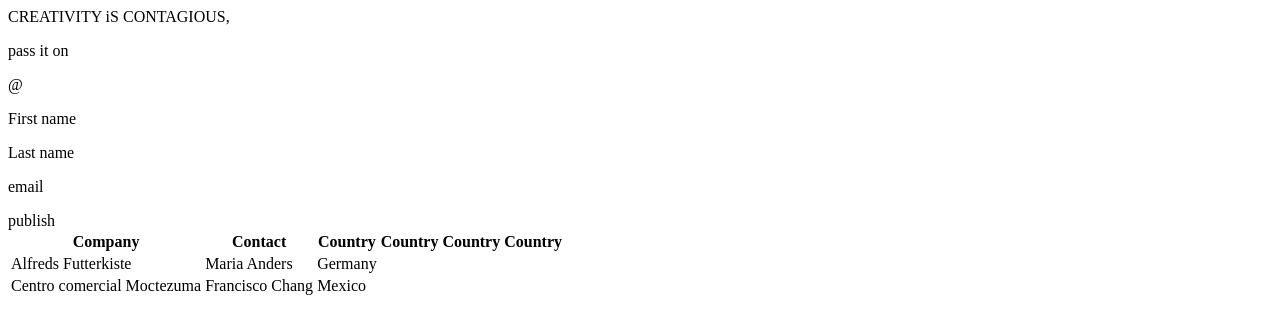
Repository: ceo-of-albeni/articles
Page: /
An editor plug-in stored every save of this project. The page is shown before and after the next save, followed by the edit.
The browser window is 1280 px wide. The pictures show the whole page.
The project was rebuilt for these pictures with package versions that can differ from the ones it lists, and the page was loaded fresh each time. Also part of the build but not shown: src/reviewer's profil/reviewer.scss.

Above is the page before, as saved 2023-05-09 18:07:32.

### public/index.html
<!DOCTYPE html>
<html lang="en">
  <head>
    <meta charset="UTF-8" />
    <meta http-equiv="X-UA-Compatible" content="IE=edge" />
    <meta name="viewport" content="width=device-width, initial-scale=1.0" />
    <link rel="icon" href="%PUBLIC_URL%/favicon.ico" />
    <title>Scientist's room</title>
  </head>
  <body>
    <div id="root"></div>
  </body>
</html>

### src/App.js
import React from "react";
import Reviewer from "./reviewer's profil/reveiwer";

const App = () => {
  return (
    <>
      <div>
        <Reviewer/>
      </div>
    </>
  )
};

export default App;

### src/reviewer's profil/reveiwer.jsx
import "./reviewer.scss";

export default function Reviewer() {
    return (
        <>
            <section className="reviewer_section">
                <div className="reviewer_thema">
                CREATIVITY iS CONTAGIOUS, <p>pass it on</p>
                </div>
                <div className="reviewer_user">
                    <div className="user_logo">@</div>
                    <div className="user_data">
                        <p>First name</p>
                        <p>Last name</p>
                        <p>email</p>
                    </div>
                </div>
                <div className="button_publish">
                    publish
                </div>
                <div className="table">
                    <table>
                        <tr>
                            <th>Company</th>
                            <th>Contact</th>
                            <th>Country</th>
                            <th>Country</th>
                            <th>Country</th>
                            <th>Country</th>
                        </tr>
                        <tr>
                            <td>Alfreds Futterkiste</td>
                            <td>Maria Anders</td>
                            <td>Germany</td>
                        </tr>
                        <tr>
                            <td>Centro comercial Moctezuma</td>
                            <td>Francisco Chang</td>
                            <td>Mexico</td>
                        </tr>
                    </table>
                </div>
            </section>
        </>
    )
}

Loaded but not shown: src/index.js (common file)

After the next save:
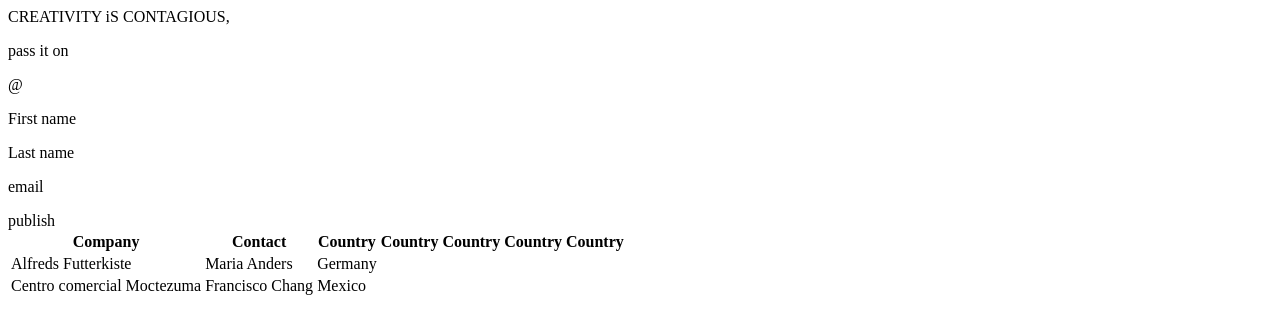
Saved 7 s later.
--- a/src/reviewer's profil/reveiwer.jsx
+++ b/src/reviewer's profil/reveiwer.jsx
@@ -27,6 +27,7 @@ export default function Reviewer() {
                             <th>Country</th>
                             <th>Country</th>
                             <th>Country</th>
+                            <th>Country</th>
                         </tr>
                         <tr>
                             <td>Alfreds Futterkiste</td>
